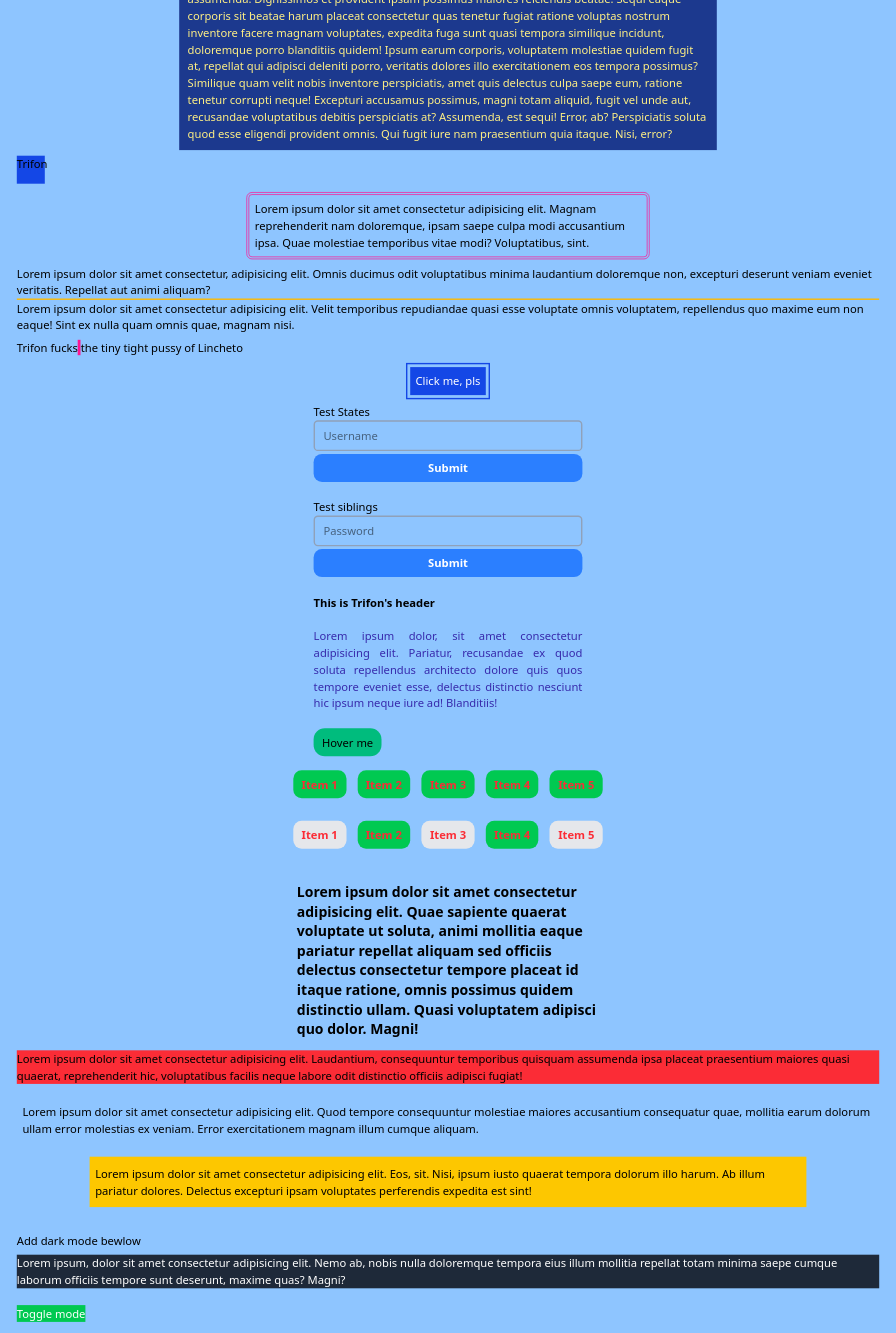
Repository: DinTri/TailwindCss
Page: index.html
An editor plug-in stored every save of this project. The page is shown before and after the next save, followed by the edit.
The browser window is 1280 px wide. The pictures show the part of the page from y = 1969 to 3889 px (the page is 3873 px tall before and 3889 px after), at 70% of full size.
Some web fonts or font styles are not loaded; a fallback is used.

Above is the page before, as saved 2025-06-16 00:18:24.

### index.html
<!DOCTYPE html>
<html lang="en" class="dark">
  <head>
    <meta charset="UTF-8">
    <meta name="viewport" content="width=device-width, initial-scale=1">
    <title>Play with Tailwind</title>
    <link rel="preconnect" href="https://fonts.googleapis.com">
<link rel="preconnect" href="https://fonts.gstatic.com" crossorigin>
<link href="https://fonts.googleapis.com/css2?family=Edu+VIC+WA+NT+Hand+Pre:wght@400..700&display=swap" rel="stylesheet">
    <link rel="stylesheet" href="style.css">
    </head>
  <body class="h-screen bg-blue-300">
    <div class="m-2 p-4 space-y-2">
      <section class="text-center py-6">
  <h1 class="text-5xl leading-tight font-bold">
    Welcome to Our Product
  </h1>
  <p class="text-xl leading-relaxed mt-4">
    Discover features that will change the way you work.
  </p>
</section>
<div class="product-description">
  <h2 class="text-2xl leading-snug">
    Product Features
  </h2>
  <ul class="list-disc pl-5 leading-normal">
    <li>High-quality materials</li>
    <li>Innovative design</li>
    <li>Exceptional performance</li>
  </ul>
</div>
<form class="max-w-md mx-auto">
  <label id="testLabel" class="block text-sm leading-tight mb-2">
    Email Address
  </label>
  <input type="email" aria-labelledby="testLabel" class="w-full border rounded px-3 py-2 mb-4">
  <small class="text-xs leading-snug text-gray-600">
    We'll never share your email with anyone else.
  </small>
</form>
    <p class="text-3xl leading-none">Lorem ipsum dolor sit amet consectetur adipisicing elit. Nulla, aliquam cupiditate! Blanditiis ipsum, voluptas necessitatibus vel eos suscipit nam possimus ducimus magni consequuntur earum numquam. Omnis ut voluptatum aliquam, architecto sed ad, velit magnam voluptate delectus, a maxime minima at ullam temporibus?</p>
    <p class="text-base leading-normal font-[var(--font-extbold)]">
  This text scales smoothly with font size changes.
</p>
<h1 class="text-4xl leading-10 text-right">
  Precise Heading Alignment
</h1>
<p class="text-2xl font-medium text-[var(--color-deeppink)]">
  This text is deep pink!
</p>
<div class="bg-black p-4">
<p class="text-2xl text-[var(--color-turquoise)]">
  This text uses a custom turquoise color!
</p>
</div>
<div class="bg-gray-100 p-4">
  <p class="text-[#000080] text-2xl">
    This navy blue text stands out on a light gray background.
  </p>
  <p class="line-through">Lorem ipsum, dolor sit amet consectetur adipisicing elit. Porro id suscipit quaerat minus corporis hic nobis ipsa ut distinctio esse?</p>
  <p class="underline underline-offset-4">Lorem ipsum dolor sit amet consectetur adipisicing elit. Cum placeat laboriosam illum officia aliquid quibusdam sed perferendis temporibus a architecto?</p>
  <p class="underline decoration-amber-500 decoration-wavy">Lorem ipsum dolor sit amet consectetur adipisicing elit. Illo, explicabo! Omnis odit non eum tempore corrupti atque illum nemo libero.</p>
</div>
<ul class="list-[upper-roman] p-[revert]">
  <li>item 1</li>
  <li>item 2</li>
  <li>item 3</li>
</ul>
<ul class="list-emoji pl-6">
  <li class="before:content-['🔥'] before:mr-2">Fire</li>
  <li class="before:content-['⭐'] before:mr-2">Star</li>
  <li class="before:content-['🍆'] before:mr-2">Dick</li>
  <li class="before:content-['👉👌💦'] before:mr-2">Fuck</li>
  <li class="before:content-['💖💗🥰💞'] before:mr-2">Love</li>
</ul>
<p class="text-lg/relaxed">
  The font size is `lg`, and the line height is `relaxed`.
</p>
<p class="leading-relaxed" lang="ja">
  日本語のテキストがここに入ります。
</p>
<p class="leading-[1.45]">
  This paragraph has a custom line height of 1.45.
</p>
<p class="text-justify">Lorem ipsum dolor sit amet consectetur, adipisicing elit. Accusantium quasi porro harum recusandae, molestiae reprehenderit fugiat aut, voluptate in voluptatem corporis, error quod veritatis cum esse consequatur est quidem ratione officia vel tenetur quas incidunt. Molestias eligendi praesentium tenetur reprehenderit provident ipsam voluptates deleniti, animi quas velit. Fugiat, aliquam earum!</p>
<h1 class="leading-[3rem] text-center">
  Heading with a line height of 3rem.
</h1>
<p class="text-2xl/8 text-end">
  The font size is `2xl`, and the line height is `2rem` (32px).
</p>
<p class="leading-normal md:leading-relaxed lg:leading-loose text-start" dir="rtl">
  This paragraph's line height changes on medium and large screens.
</p>
<p class="text-base leading-6 mb-6">
  Paragraph with a line height of 24px and a bottom margin of 24px.
</p>
<div class="space-y-2">
  <p class="bg-[var(--color-deeppink)]">Lorem ipsum, dolor sit amet consectetur adipisicing elit. Necessitatibus earum ducimus pariatur doloribus nihil perferendis soluta enim natus optio expedita commodi amet ipsum minus dolor libero aspernatur temporibus, nulla quibusdam, excepturi iste eveniet consequuntur maxime ut. Corporis ipsam accusantium hic quisquam in temporibus odio voluptate.</p>
  <p class="bg-blue-600">Lorem ipsum, dolor sit amet consectetur adipisicing elit. Ea voluptatum rem esse ipsum tempora reiciendis nulla eum, omnis, provident repellat culpa? Explicabo ad expedita ipsum est, architecto illo nulla reprehenderit earum non at, minima consequatur fugiat repudiandae? Suscipit laboriosam deserunt harum doloremque odio nam facere doloribus quae blanditiis, cum itaque?</p>
</div>
<div class="space-x-8">
  <span class="bg-blue-500">Lorem ipsum, dolor sit amet consectetur adipisicing elit. Voluptatibus, facere labore. Ratione molestias esse tempore mollitia, illo voluptatum beatae ut!</span><span class="bg-yellow-500">Lorem ipsum dolor sit amet consectetur adipisicing elit. Ullam nihil perspiciatis iste laboriosam est sit dignissimos a nemo expedita nostrum quo repellat, itaque ipsam pariatur?</span>
</div>
<p class="bg-black text-yellow-200 w-60">Lorem ipsum dolor sit amet consectetur adipisicing elit. Animi, eos.</p>
<div class="bg-blue-900 text-yellow-200 max-w-screen-md mx-auto p-3">Lorem ipsum dolor sit amet consectetur, adipisicing elit. Dolores ut dolor ad fugit rerum velit dicta repudiandae id iusto. Molestias, omnis labore distinctio eveniet delectus earum ratione odit sed accusamus dolor modi ducimus optio natus iste exercitationem ad minus facilis! Reiciendis explicabo impedit quos voluptate, ratione soluta deleniti quis recusandae illum laboriosam! Explicabo eveniet asperiores qui rerum libero velit harum illo alias, expedita voluptatibus omnis laudantium quam ipsam nulla deserunt nihil unde. Neque itaque, provident laborum impedit aut nobis consequatur eum, quasi dolorem, molestiae nostrum labore. Blanditiis nisi non amet assumenda. Dignissimos et provident ipsam possimus maiores reiciendis beatae. Sequi eaque corporis sit beatae harum placeat consectetur quas tenetur fugiat ratione voluptas nostrum inventore facere magnam voluptates, expedita fuga sunt quasi tempora similique incidunt, doloremque porro blanditiis quidem! Ipsum earum corporis, voluptatem molestiae quidem fugit at, repellat qui adipisci deleniti porro, veritatis dolores illo exercitationem eos tempora possimus? Similique quam velit nobis inventore perspiciatis, amet quis delectus culpa saepe eum, ratione tenetur corrupti neque! Excepturi accusamus possimus, magni totam aliquid, fugit vel unde aut, recusandae voluptatibus debitis perspiciatis at? Assumenda, est sequi! Error, ab? Perspiciatis soluta quod esse eligendi provident omnis. Qui fugit iure nam praesentium quia itaque. Nisi, error?</div>
<div class="bg-blue-700 size-10 mb-3">Trifon</div>
<p class="max-w-xl mx-auto border-4 border-[#ff1493] border-double rounded-lg p-2">Lorem ipsum dolor sit amet consectetur adipisicing elit. Magnam reprehenderit nam doloremque, ipsam saepe culpa modi accusantium ipsa. Quae molestiae temporibus vitae modi? Voluptatibus, sint.</p>
<div class="divide-y-2 divide-amber-400">
  <p class="">Lorem ipsum dolor sit amet consectetur, adipisicing elit. Omnis ducimus odit voluptatibus minima laudantium doloremque non, excepturi deserunt veniam eveniet veritatis. Repellat aut animi aliquam?</p>
  <p class="">Lorem ipsum dolor sit amet consectetur adipisicing elit. Velit temporibus repudiandae quasi esse voluptate omnis voluptatem, repellendus quo maxime eum non eaque! Sint ex nulla quam omnis quae, magnam nisi.</p>
</div>
<div class="divide-x-4 divide-[#ff1493] mb-4"><span>Trifon fucks</span><span>the tiny tight pussy of Lincheto</span></div>
<button class="outline-2 outline-blue-700 outline-offset-4 p-2 flex items-center justify-center mx-auto bg-blue-700 text-white mb-3 cursor-pointer">Click me, pls</button>
<form class="max-w-sm mx-auto space-y-6">
  <div>
  <label for="my">Test States</label>
  <input minlength="6" placeholder="Username" type="text" id="my" class="peer/username w-full border-slate-400 border-2 rounded-md px-3 py-2 mb-1 focus:outline-sky-600" />
  <p class="text-red-500 hidden peer-focus/username:block">Minimum 6 chars</p>
  <button type="submit" class="w-full bg-blue-500 text-white px-3 py-2 cursor-pointer rounded-xl font-semibold hover:bg-sky-700 hover:font-bold active:bg-red-500">Submit</button>
  </div>
  <div>
  <label for="my">Test siblings</label>
  <input minlength="8" type="password" id="my" placeholder="Password" class="peer/password w-full border-slate-400 border-2 rounded-md px-3 py-2 mb-1 focus:outline-sky-600" />
  <p class="text-red-500 hidden peer-invalid/password:block">Minimum 8 chars</p>
  <button type="submit" class="w-full bg-blue-500 text-white px-3 py-2 cursor-pointer rounded-xl font-semibold hover:bg-sky-700 hover:font-bold active:bg-red-500">Submit</button>
  </div>
</form>

<div class="group/parent1 space-y-6 max-w-sm mx-auto mt-6 hover:bg-[#ff1453]">
  <h3 class="font-semibold group-hover/parent1:text-white">This is Trifon's header</h3>
  <p class="text-indigo-800 text-justify group-hover/parent1:text-white">Lorem ipsum dolor, sit amet consectetur adipisicing elit. Pariatur, recusandae ex quod soluta repellendus architecto dolore quis quos tempore eveniet esse, delectus distinctio nesciunt hic ipsum neque iure ad! Blanditiis!</p>
  <button disabled class="group/parent2 group-hover:text-white bg-emerald-800 rounded-2xl disabled:bg-emerald-500 disabled:cursor-not-allowed px-3 py-2">Hover me <span class="hidden group-hover/parent2:inline text-white">You will see some magic, just hover me. Yeah... but you are disabled, shame on you</span></button></div>
  <ul class="flex justify-center align-items:center gap-4 py-3 mx-auto *:text-red-500 font-semibold *:bg-green-500 *:inline *:rounded-xl *:px-3 *:py-2" >
    <li class="">Item 1</li>
    <li class="">Item 2</li>
    <li class="">Item 3</li>
    <li class="">Item 4</li>
    <li class="">Item 5</li>
  </ul>
  <ul class="custom-list flex justify-center items-center gap-4 py-3 mx-auto font-semibold">
    <li>Item 1</li>
    <li>Item 2</li>
    <li>Item 3</li>
    <li>Item 4</li>
    <li>Item 5</li>
</ul>
  <div class="flex flex-col justify-center items-center py-3 mx-auto">
    <p class="max-w-sm mx-auto px-2 py-4 text-sm md:text-xl lg:max-w-md xs:text-3xl font-semibold">Lorem ipsum dolor sit amet consectetur adipisicing elit. Quae sapiente quaerat voluptate ut soluta, animi mollitia eaque pariatur repellat aliquam sed officiis delectus consectetur tempore placeat id itaque ratione, omnis possimus quidem distinctio ullam. Quasi voluptatem adipisci quo dolor. Magni!</p>
    <p class="bg-red-500 md:max-lg:bg-blue-600 mb-4">Lorem ipsum dolor sit amet consectetur adipisicing elit. Laudantium, consequuntur temporibus quisquam assumenda ipsa placeat praesentium maiores quasi quaerat, reprehenderit hic, voluptatibus facilis neque labore odit distinctio officiis adipisci fugiat!</p>
    <p class="px-2 py-3 sup-xs:bg-deeppink sup-md:bg-turquoise sup-lg:text-pink can-hover:hover:underline touch:bg-gray max-sm:font-edu mb-4">Lorem ipsum dolor sit amet consectetur adipisicing elit. Quod tempore consequuntur molestiae maiores accusantium consequatur quae, mollitia earum dolorum ullam error molestias ex veniam. Error exercitationem magnam illum cumque aliquam.</p>
    <p class="px-2 py-3 bg-yellow-400 md-to-lg:bg-blue-600 mb-4 max-w-screen-lg">Lorem ipsum dolor sit amet consectetur adipisicing elit. Eos, sit. Nisi, ipsum iusto quaerat tempora dolorum illo harum. Ab illum pariatur dolores. Delectus excepturi ipsam voluptates perferendis expedita est sint!</p>
  </div>
  <div><h3>Add dark mode bewlow</h3></div>
  <div class="bg-gray-50 dark:bg-gray-800 dark:text-white">Lorem ipsum, dolor sit amet consectetur adipisicing elit. Nemo ab, nobis nulla doloremque tempora eius illum mollitia repellat totam minima saepe cumque laborum officiis tempore sunt deserunt, maxime quas? Magni?</div>
  <button class="dark:text-white mt-4 bg-green-500" onClick="document.documentElement.classList.toggle('dark')">Toggle mode</button>
</div>

  </body>
</html>

Loaded but not shown: style.css (2230 lines, source omitted)

After the next save:
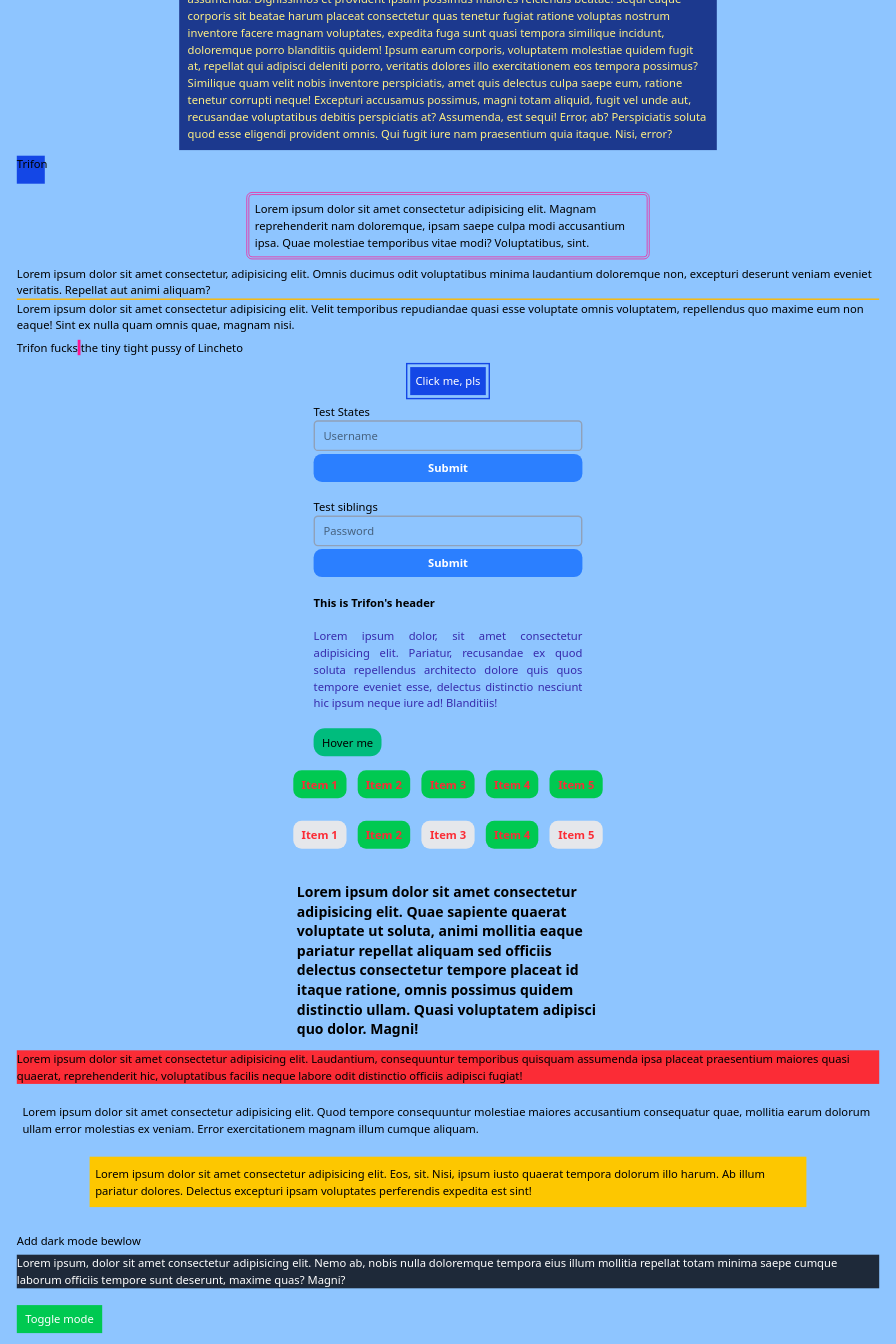
Saved 38 s later.
--- a/index.html
+++ b/index.html
@@ -153,7 +153,7 @@
   </div>
   <div><h3>Add dark mode bewlow</h3></div>
   <div class="bg-gray-50 dark:bg-gray-800 dark:text-white">Lorem ipsum, dolor sit amet consectetur adipisicing elit. Nemo ab, nobis nulla doloremque tempora eius illum mollitia repellat totam minima saepe cumque laborum officiis tempore sunt deserunt, maxime quas? Magni?</div>
-  <button class="dark:text-white mt-4 bg-green-500" onClick="document.documentElement.classList.toggle('dark')">Toggle mode</button>
+  <button class="dark:text-white mt-4 bg-green-500 px-3 py-2" onClick="document.documentElement.classList.toggle('dark')">Toggle mode</button>
 </div>
 
   </body>
